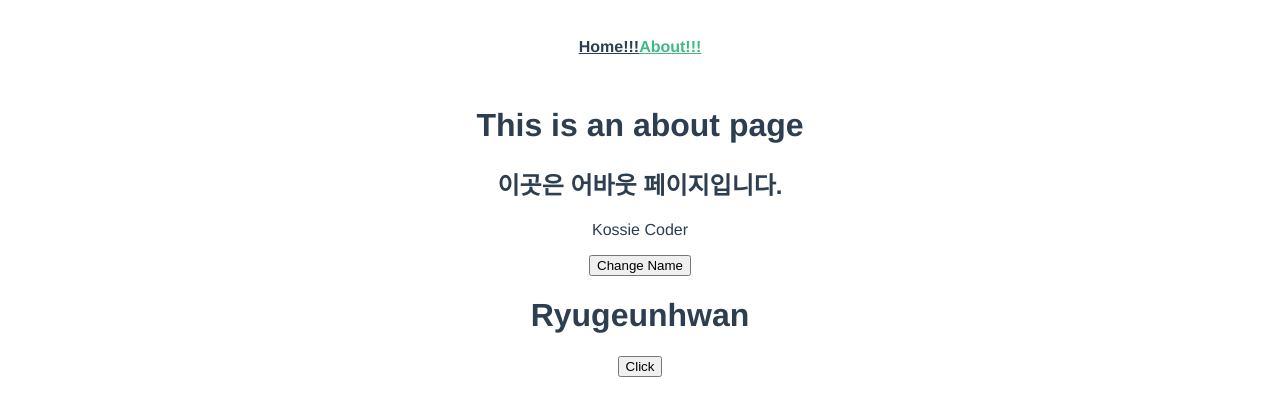
Repository: RyuGeunHwan/code_J
Page: /about (app in vue-router/)
The author's editor kept a copy of each file at every save. The page is drawn from the files as they stood at one save, then again after the next save.
The browser window is 1280 px wide. The pictures show the whole page.
The project was rebuilt for these pictures with package versions that can differ from the ones it lists, and the page was loaded fresh each time. Also part of the build but not shown: vue-router/src/views/Home.vue.

Above is the page before, as saved 2022-08-19 17:14:06.

After the next save:
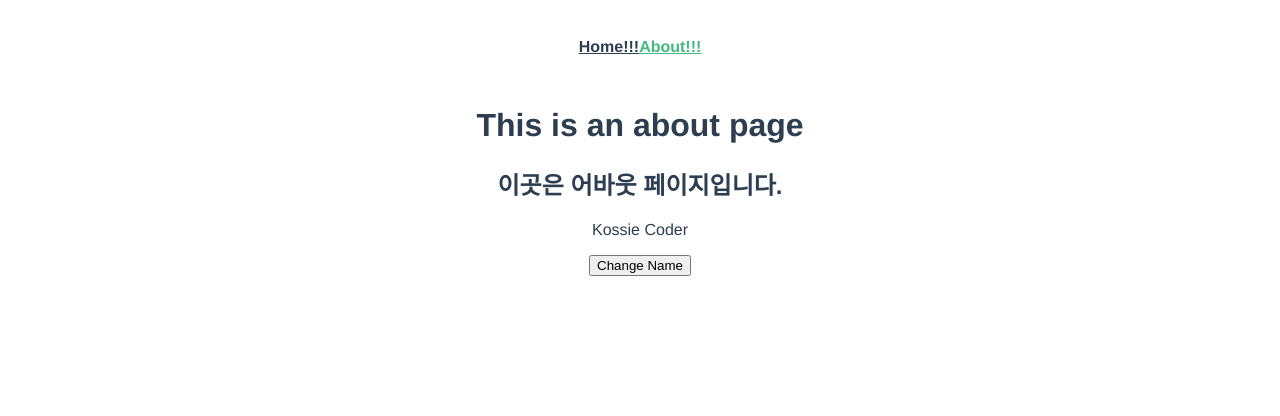
Saved 53 s later.
--- a/vue-router/src/views/About.vue
+++ b/vue-router/src/views/About.vue
@@ -3,8 +3,6 @@
     <h1>This is an about page</h1>
     <h2>이곳은 어바웃 페이지입니다.</h2>
     <KossieCoder/>
-    <h1>{{fullName}}</h1>
-    <button @click="changeName">Click</button>
   </div>
 </template>
 
@@ -14,33 +12,6 @@ import KossieCoder from '@/components/KossieCoder.vue';
 export default {
   components:{
     KossieCoder
-  },
-  name : 'App',
-  data(){
-    return{
-      firstName : 'Ryu',
-      lastName : 'geunhwan',
-    };
-  },
-  methods : {
-    changeName(){
-      this.fullName = "nin ano";
-    }
-  },
-  computed:{
-    fullName: {
-        get:function(){
-          console.log('3번');
-          return this.firstName+''+this.lastName;
-        },
-        set: function(newValue){
-          alert('Setting new name: ' + newValue);
-          var name = newValue.split(' '); //eslint-disable-line no-unused-vars
-          this.firstName = name[0];
-          this.lastName = name[1];
-        }
-      }
-    }
   }
-
+}
 </script>
